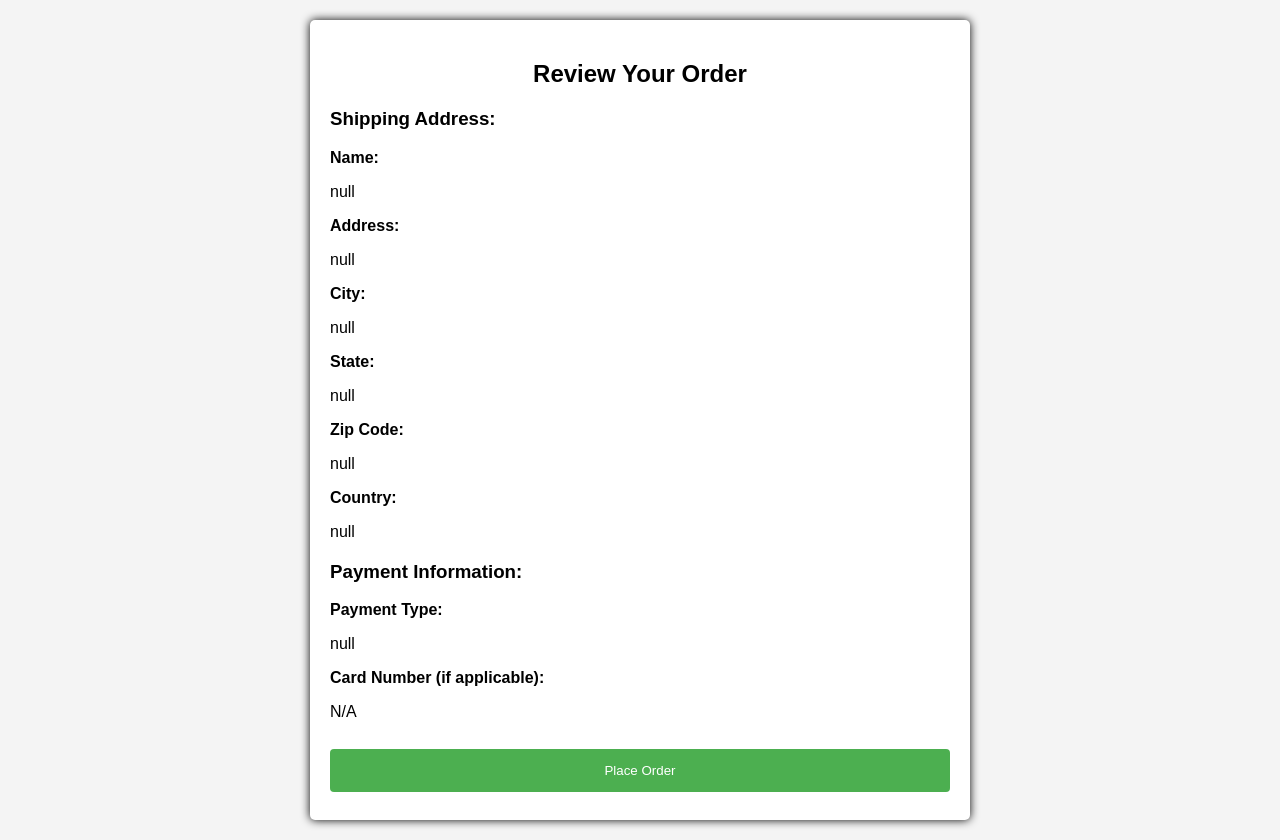
Repository: sairam468/Java-Technologies--Servlet-and-JSP-Programs
Page: http://localhost/SAIBOOK_App/PlaceOrder.jsp
These files come from the project's save history. The page is drawn as it stood at one moment and after the next save; the edit follows.
The browser window is 1280 px wide. The pictures show the whole page.
The page is served by Tomcat 9.

Above is the page before, as saved 2024-11-02 10:12:44.

### SAIBOOK_App/src/main/webapp/PlaceOrder.jsp
<%@ page language="java" contentType="text/html; charset=UTF-8" pageEncoding="UTF-8"%>
<!DOCTYPE html>
<html>
<head>
    <meta charset="UTF-8">
    <title>Place Order</title>
    <style>
        /* Basic styling */
        body {
            font-family: Arial, sans-serif;
            margin: 0;
            padding: 20px;
            background-color: #f4f4f4;
        }
        .container {
            width: 50%;
            margin: auto;
            background: #fff;
            padding: 20px;
            border-radius: 5px;
            box-shadow: 0px 0px 10px 0px #000;
        }
        h2 {
            text-align: center;
        }
        .details {
            margin-bottom: 20px;
        }
        .details label {
            font-weight: bold;
            display: block;
        }
        .btn {
            width: 100%;
            background-color: #4CAF50;
            color: white;
            padding: 14px 20px;
            margin: 8px 0;
            border: none;
            border-radius: 4px;
            cursor: pointer;
        }
        .btn:hover {
            background-color: #45a049;
        }
    </style>
</head>
<body>
    <div class="container">
        <h2>Review Your Order</h2>

        <!-- Shipping Address -->
        <div class="details">
            <h3>Shipping Address:</h3>
            <label>Name:</label>
            <p><%= request.getParameter("name") %></p>
            <label>Address:</label>
            <p><%= request.getParameter("address") %></p>
            <label>City:</label>
            <p><%= request.getParameter("city") %></p>
            <label>State:</label>
            <p><%= request.getParameter("state") %></p>
            <label>Zip Code:</label>
            <p><%= request.getParameter("zipcode") %></p>
            <label>Country:</label>
            <p><%= request.getParameter("country") %></p>
        </div>

        <!-- Payment Information -->
        <div class="details">
            <h3>Payment Information:</h3>
            <label>Payment Type:</label>
            <p><%= request.getParameter("paymentType") %></p>
            <label>Card Number (if applicable):</label>
            <p><%= request.getParameter("cardNumber") != null ? request.getParameter("cardNumber") : "N/A" %></p>
        </div>

        <!-- Place Order Form -->
        <form action="buyAllBooks" method="post">
            <!-- Hidden inputs to pass data to the servlet -->
            <input type="hidden" name="name" value="<%= request.getParameter("name") %>">
            <input type="hidden" name="address" value="<%= request.getParameter("address") %>">
            <input type="hidden" name="city" value="<%= request.getParameter("city") %>">
            <input type="hidden" name="state" value="<%= request.getParameter("state") %>">
            <input type="hidden" name="zipcode" value="<%= request.getParameter("zipcode") %>">
            <input type="hidden" name="country" value="<%= request.getParameter("country") %>">
            <input type="hidden" name="paymentType" value="<%= request.getParameter("paymentType") %>">
            <input type="hidden" name="cardNumber" value="<%= request.getParameter("cardNumber") != null ? request.getParameter("cardNumber") : "" %>">
            <button type="submit" class="btn">Place Order</button>
        </form>
    </div>
</body>
</html>

### SAIBOOK_App/src/main/webapp/styles.css
/* General styling */
body {
    font-family: 'Arial', sans-serif;
    margin: 0;
    padding: 0;
    background-color: #f8f9fa; /* Light gray background */
}

/* Header styling */
header {
    background-color: #343a40; /* Dark gray */
    color: #ffffff;
    padding: 20px;
    display: flex;
    align-items: center;
    justify-content: center;
    gap: 10px;
}

/* Logo styling */
.logo {
    width: 50px;
    height: auto;
}

/* Navigation styling */
nav {
    margin: 10px 0;
}

nav a {
    margin: 0 15px;
    text-decoration: none;
    color: #007bff; /* Blue */
    padding: 5px 10px;
    border-radius: 5px;
    transition: background-color 0.3s;
}

nav a:hover {
    background-color: rgb(188, 249, 6); /* Light green on hover */
    color: white;
}

nav a:visited {
    color: rgb(128, 0, 255);
}

/* Container styling */
.container {
    width: 80%;
    margin: auto;
    padding: 20px;
    background: white;
    box-shadow: 0 0 10px rgba(0, 0, 0, 0.1);
    border-radius: 8px; /* Rounded corners */
}

/* Heading styling */
h2 {
    color: #333;
    text-align: center; /* Centered heading */
}

/* Table styling */
table {
    width: 100%; /* Full-width table */
    border-collapse: collapse;
    color: #333; /* Dark gray text color */
    text-align: center; /* Center all text and images */
}

/* Table cell styling */
th, td {
    padding: 15px;
    text-align: center; /* Center align the content */
    border-bottom: 1px solid #ddd; /* Light gray border */
    vertical-align: middle; /* Vertically center align content */
}

/* Header cell styling */
th {
    background-color: #f2f2f2; /* Light gray background for header */
    font-weight: bold;
}

/* Book image styling */
.book-image {
    width: 100px; /* Fixed width for all book images */
    height: 150px; /* Fixed height for all book images */
    object-fit: cover; /* Ensures the image fits within the specified width and height */
}

/* Center the images in the table cells */
td img {
    display: block;
    margin: 0 auto; /* Center the image horizontally */
}

/* Form styling */
form {
    display: flex;
    flex-direction: column;
    align-items: center; /* Center form elements */
}

/* Input styling */
form input[type="text"],
form input[type="password"],
form input[type="number"],
form input[type="email"],
form input[type="tel"],
form select {
    padding: 10px;
    margin: 5px 0;
    border: 1px solid #ced4da; /* Light gray border */
    border-radius: 5px;
    width: 100%; /* Full width for uniform size */
    max-width: 400px; /* Max width for uniform size */
    box-sizing: border-box; /* Ensures padding doesn't affect the width */
}

/* Submit button styling */
form input[type="submit"] {
    background: none; /* No background color */
    color: #007bff; /* Default blue color */
    border: 1px solid #007bff; /* Blue border */
    padding: 10px;
    cursor: pointer;
    transition: background-color 0.3s, color 0.3s; /* Transition for hover effect */
    width: 100%; /* Full-width button */
    max-width: 150px; /* Max width for the submit button */
}

form input[type="submit"]:hover {
    background-color: #007bff; /* Blue background on hover */
    color: white; /* White text on hover */
}

/* Message styling */
.message {
    color: #dc3545; /* Red */
    margin: 20px auto;
    text-align: center;
    font-weight: bold;
    padding: 10px;
    border: 1px solid #dc3545; /* Optional: red border */
    background-color: #f8d7da; /* Optional: light red background */
    width: 80%; /* Adjust the width as needed */
    border-radius: 5px;
}

/* Submit button styling */
.btn {
    width: 100%; /* Full-width button */
    background: none; /* No background color */
    color: #4CAF50; /* Green text */
    padding: 14px 20px; /* Padding */
    margin: 8px 0; /* Margin */
    border: 1px solid #4CAF50; /* Green border */
    border-radius: 4px; /* Rounded corners */
    cursor: pointer; /* Pointer cursor */
    transition: background-color 0.3s, color 0.3s; /* Transition for hover effect */
}

.btn:hover {
    background-color: #4CAF50; /* Green background on hover */
    color: white; /* White text on hover */
}

After the next save:
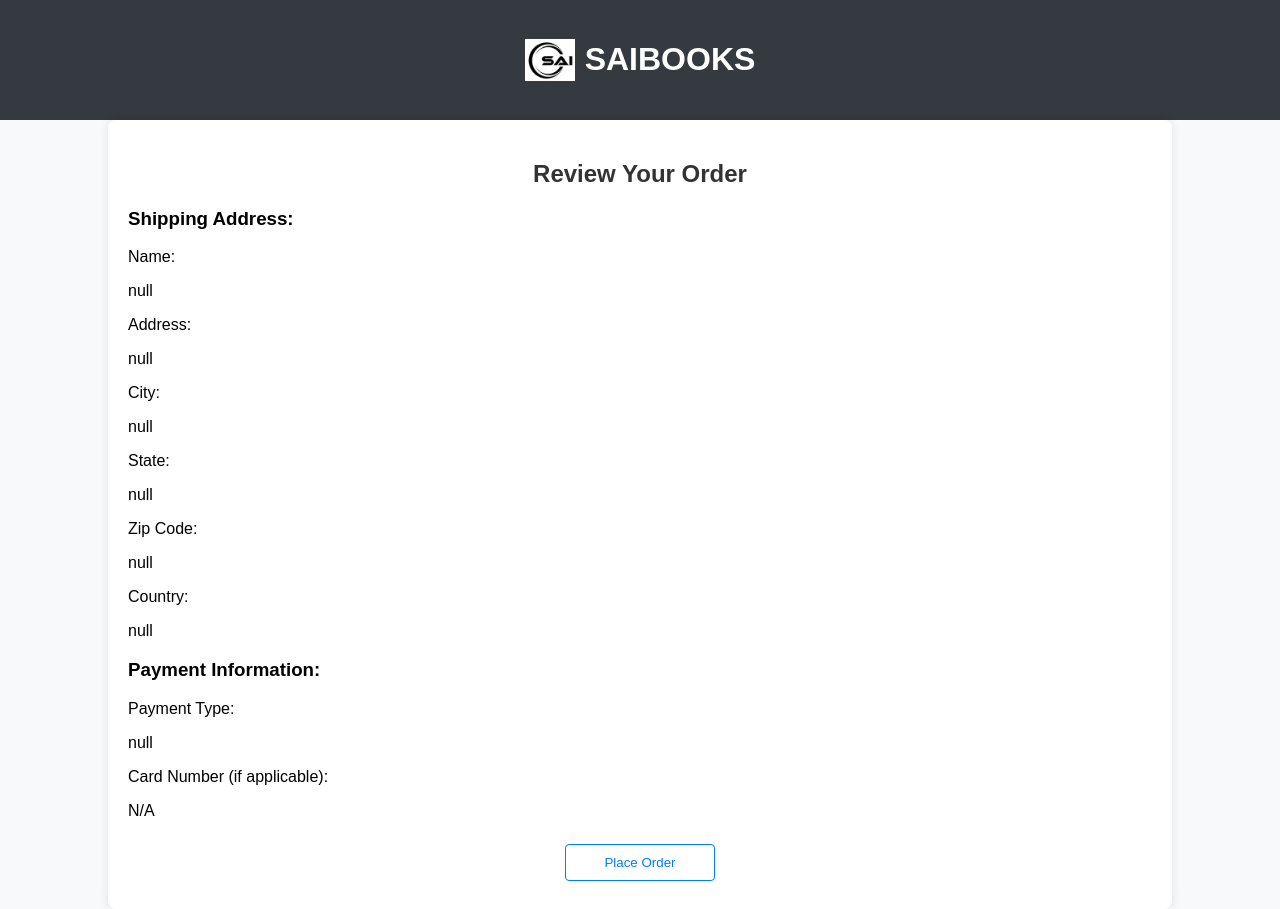
Saved 51 s later.
--- a/SAIBOOK_App/src/main/webapp/PlaceOrder.jsp
+++ b/SAIBOOK_App/src/main/webapp/PlaceOrder.jsp
@@ -1,51 +1,18 @@
 <%@ page language="java" contentType="text/html; charset=UTF-8" pageEncoding="UTF-8"%>
 <!DOCTYPE html>
-<html>
+<html lang="en">
 <head>
     <meta charset="UTF-8">
-    <title>Place Order</title>
-    <style>
-        /* Basic styling */
-        body {
-            font-family: Arial, sans-serif;
-            margin: 0;
-            padding: 20px;
-            background-color: #f4f4f4;
-        }
-        .container {
-            width: 50%;
-            margin: auto;
-            background: #fff;
-            padding: 20px;
-            border-radius: 5px;
-            box-shadow: 0px 0px 10px 0px #000;
-        }
-        h2 {
-            text-align: center;
-        }
-        .details {
-            margin-bottom: 20px;
-        }
-        .details label {
-            font-weight: bold;
-            display: block;
-        }
-        .btn {
-            width: 100%;
-            background-color: #4CAF50;
-            color: white;
-            padding: 14px 20px;
-            margin: 8px 0;
-            border: none;
-            border-radius: 4px;
-            cursor: pointer;
-        }
-        .btn:hover {
-            background-color: #45a049;
-        }
-    </style>
+    <title>Place Order - SAIBOOKS</title>
+    <link rel="icon" href="images/logo.png" type="image/png">
+    <link href="https://fonts.googleapis.com/css2?family=Roboto:wght@400;700&display=swap" rel="stylesheet">
+    <link rel="stylesheet" type="text/css" href="styles.css"> <!-- External CSS file -->
 </head>
 <body>
+    <header>
+        <img src="images/logo.png" alt="SAIBOOKS Logo" class="logo">
+        <h1>SAIBOOKS</h1>
+    </header>
     <div class="container">
         <h2>Review Your Order</h2>
 
@@ -86,7 +53,7 @@
             <input type="hidden" name="country" value="<%= request.getParameter("country") %>">
             <input type="hidden" name="paymentType" value="<%= request.getParameter("paymentType") %>">
             <input type="hidden" name="cardNumber" value="<%= request.getParameter("cardNumber") != null ? request.getParameter("cardNumber") : "" %>">
-            <button type="submit" class="btn">Place Order</button>
+            <input type="submit" value="Place Order" class="btn"> <!-- Updated to use the same button style -->
         </form>
     </div>
 </body>
